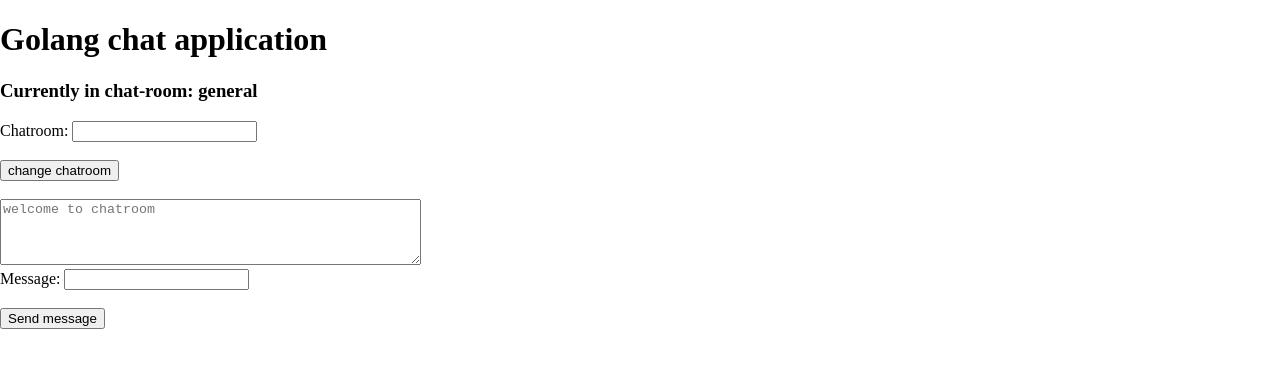
Repository: Lakshyyaa/SimpleWSserver
Page: frontend/index.html
An editor plug-in stored every save of this project. The page is shown before and after the next save, followed by the edit.
The browser window is 1280 px wide. The pictures show the whole page.

Above is the page before, as saved 2024-10-30 20:08:37.

### frontend/index.html
<!DOCTYPE html>
<html lang="en">
  <head>
    <meta charset="UTF-8" />
    <meta name="viewport" content="width=device-width, initial-scale=1.0" />
    <title>websockets</title>
  </head>
  <body>
    <div class="center">
      <h1>Golang chat application</h1>
      <h3>Currently in chat-room: general</h3>
      <form action="" id="select-room">
        <label for="chatroom">Chatroom: </label>
        <input type="text" id="chatroom" name="chatroom" />
        <br />
        <br />
        <input type="submit" value="change chatroom" />
      </form>
      <br />
      <textarea
        class="messagearea"
        id="chatmessages"
        readonly
        name="chatmessages"
        rows="4"
        cols="50"
        placeholder="welcome to chatroom"
      ></textarea>
      <br />
      <form id="chatroom-message">
        <label for="message">Message: </label>
        <input type="text" id="message" name="message" />
        <br />
        <br />
        <input type="submit" value="Send message" />
      </form>
    </div>
    <script>
      var selectedChat = "general";
      function changeRoom() {
        var newRoom = document.getElementById("chatroom");
        if (newRoom != null && newRoom.value != selectedChat) {
          console.log(newRoom);
        }
        return false;
      }
      function sendMessage() {
        var newMessage = document.getElementById("message");
        if (newMessage != null) {
          console.log(newMessage);
        }
        return false;
      }
      window.onload = function () {
        document.getElementById("select-room").onsubmit = changeRoom;
        document.getElementById("chatroom-message").onsubmit = sendMessage;
      };
      if (window["WebSocket"]) {
        console.log("yes it has websockets");
      } else {
        alert("NO WB support");
      }
    </script>
    <style type="text/css">
      body {
        overflow: hidden;
        padding: 0;
        margin: 0;
        width: 100%;
        height: 100%;
        background: rgb();
      }
    </style>
  </body>
</html>

After the next save:
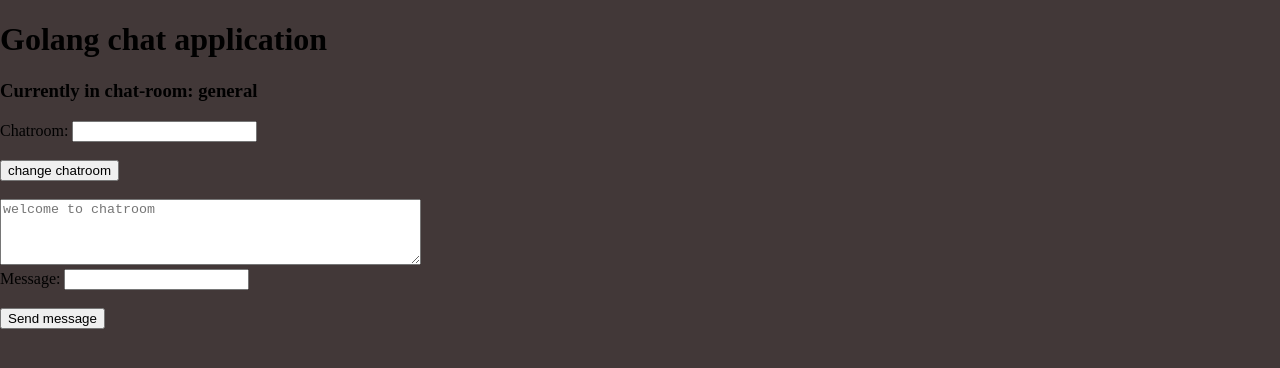
Saved 6 s later.
--- a/frontend/index.html
+++ b/frontend/index.html
@@ -68,7 +68,7 @@
         margin: 0;
         width: 100%;
         height: 100%;
-        background: rgb();
+        background: rgb(66, 56, 56);
       }
     </style>
   </body>
